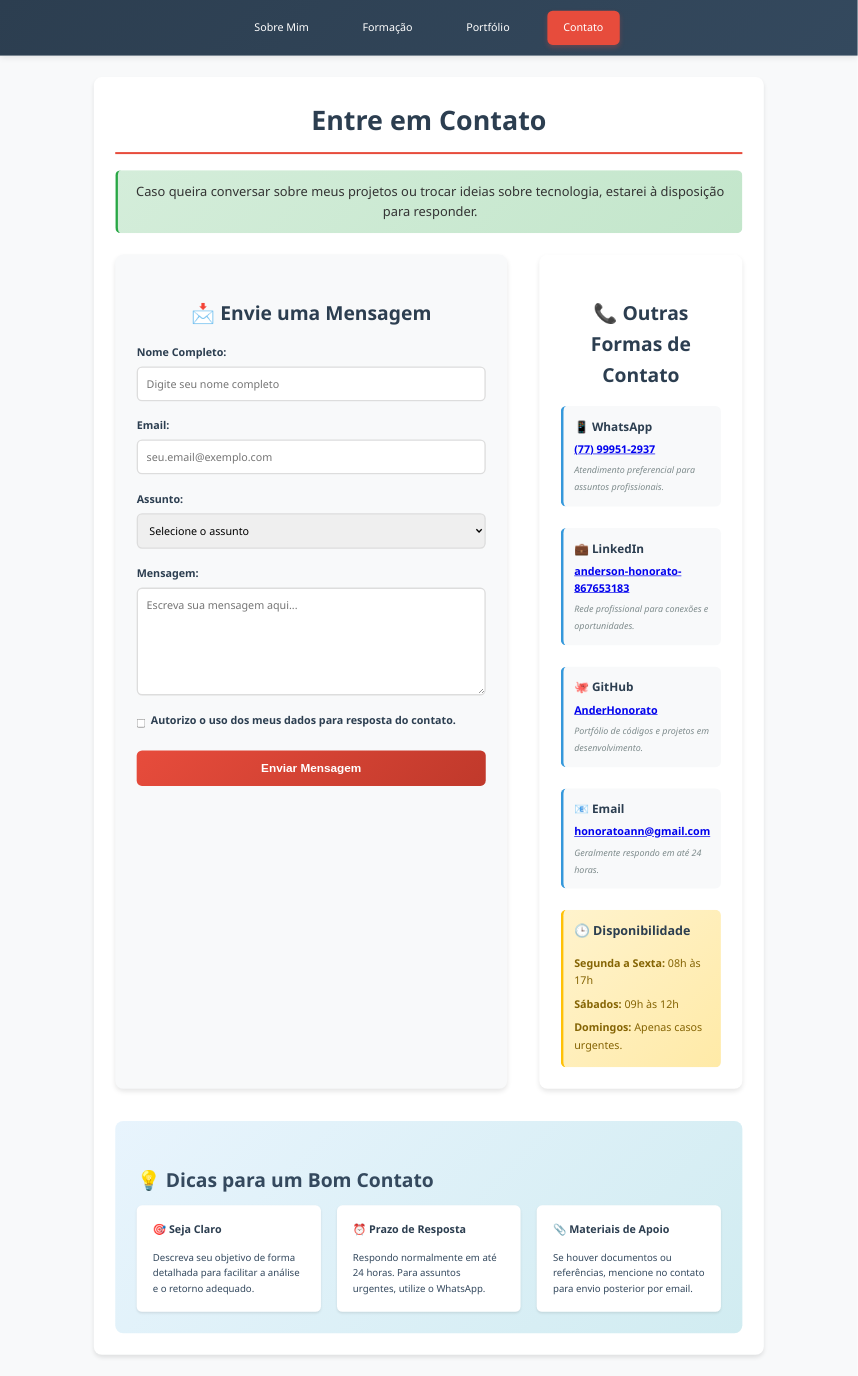
Repository: AnderHonorato/meu-portfolio
Page: contato.html
An editor plug-in stored every save of this project. The page is shown before and after the next save, followed by the edit.
The browser window is 1280 px wide. The pictures show the whole page, at 67% of full size.

Above is the page before, as saved 2025-08-26 21:23:36.

After the next save:
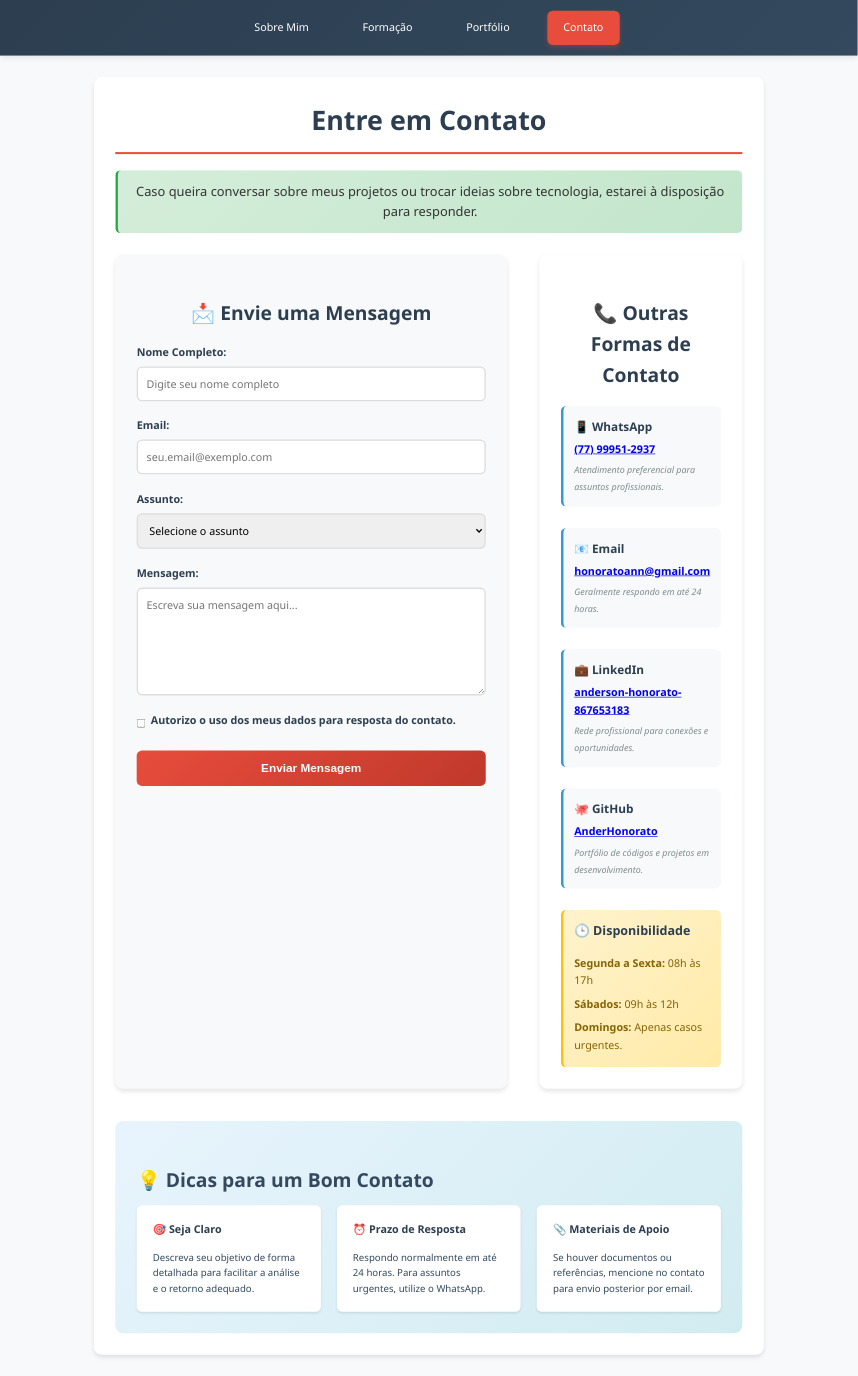
Saved 31 s later.
--- a/contato.html
+++ b/contato.html
@@ -76,12 +76,19 @@
 
             <!-- INFORMAÇÕES DE CONTATO DIRETO -->
             <div class="info-contato">
-                <h2>📞 Outras Formas de Contato</h2>
-                <div class="contato-item">
-                    <h3>📱 WhatsApp</h3>
-                    <p><a href="https://wa.me/5577999512937" target="_blank">(77) 99951-2937</a></p>
-                    <small>Atendimento preferencial para assuntos profissionais.</small>
-                </div>
+            <h2>📞 Outras Formas de Contato</h2>
+
+            <div class="contato-item">
+                <h3>📱 WhatsApp</h3>
+                <p><a href="https://wa.me/5577999512937" target="_blank">(77) 99951-2937</a></p>
+                <small>Atendimento preferencial para assuntos profissionais.</small>
+            </div>
+
+            <div class="contato-item">
+                <h3>📧 Email</h3>
+                <p><a href="mailto:honoratoann@gmail.com">honoratoann@gmail.com</a></p>
+                <small>Geralmente respondo em até 24 horas.</small>
+            </div>
 
             <div class="contato-item">
                 <h3>💼 LinkedIn</h3>
@@ -93,12 +100,6 @@
                 <h3>🐙 GitHub</h3>
                 <p><a href="https://github.com/AnderHonorato" target="_blank">AnderHonorato</a></p>
                 <small>Portfólio de códigos e projetos em desenvolvimento.</small>
-            </div>
-
-            <div class="contato-item">
-                <h3>📧 Email</h3>
-                <p><a href="mailto:honoratoann@gmail.com">honoratoann@gmail.com</a></p>
-                <small>Geralmente respondo em até 24 horas.</small>
             </div>
 
                 <!-- HORÁRIOS DE DISPONIBILIDADE -->
